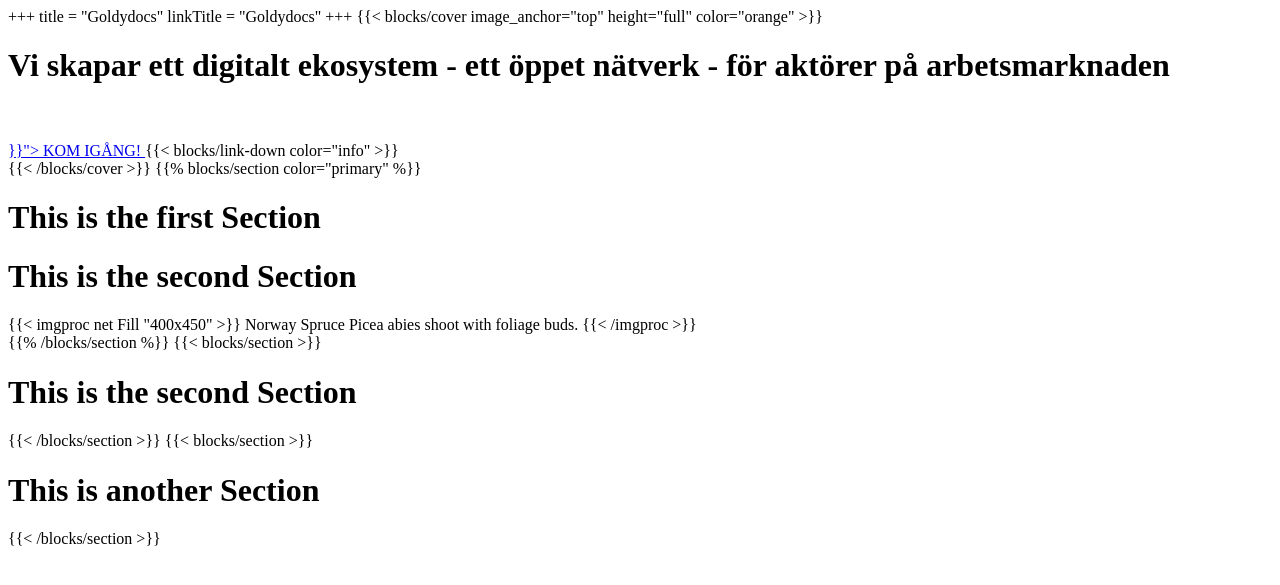
Repository: rudasn/docsy-cms-netlify
Page: content/sv/_index.html
An editor plug-in stored every save of this project. The page is shown before and after the next save, followed by the edit.
The browser window is 1280 px wide. The pictures show the whole page.

Above is the page before, as saved 2021-05-07 08:17:53.

After the next save:
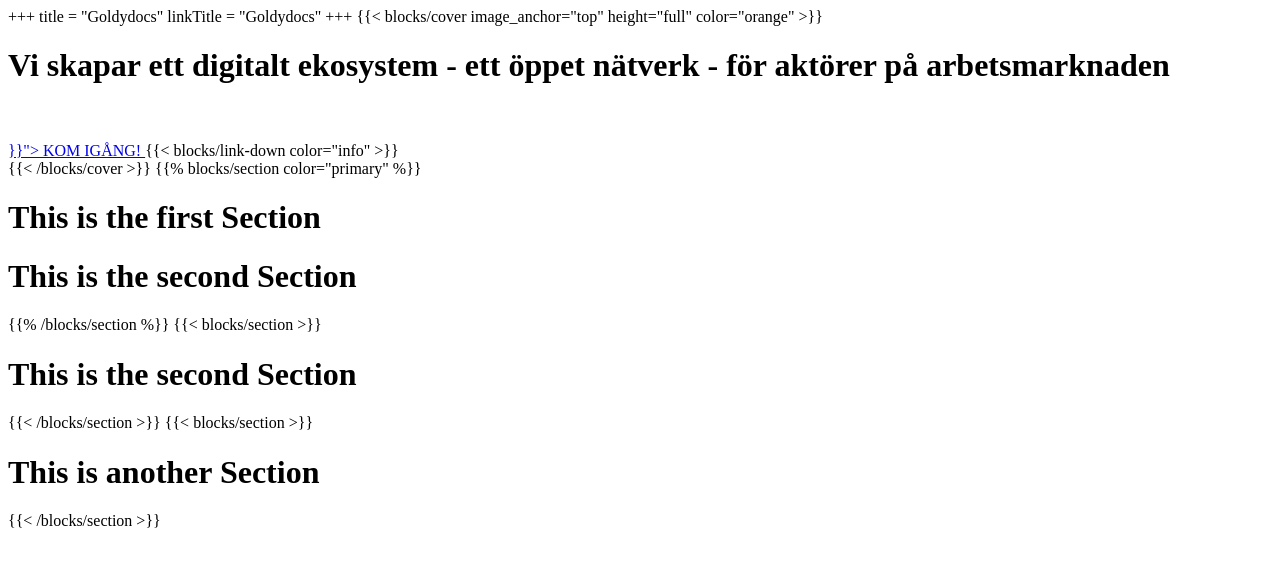
Saved 40 s later.
--- a/content/sv/_index.html
+++ b/content/sv/_index.html
@@ -26,9 +26,7 @@ linkTitle = "Goldydocs"
 
 <div class="col-4">
 	<h1 class="text-right">This is the second Section</h1>
-	{{< imgproc net Fill "400x450" >}}
-Norway Spruce Picea abies shoot with foliage buds.
-{{< /imgproc >}}
+
 </div>
 {{% /blocks/section %}}
 
